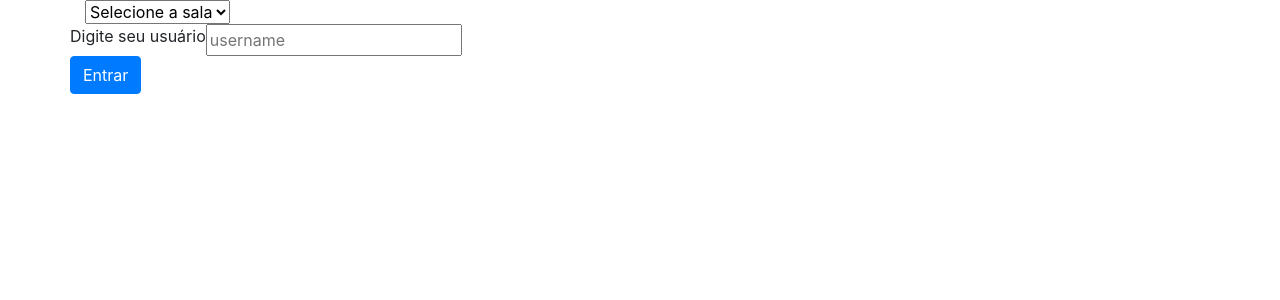
Repository: andre06x/chat-scoketio
Page: / (app in front/)
An editor plug-in stored every save of this project. The page is shown before and after the next save, followed by the edit.
The browser window is 1280 px wide. The pictures show the whole page.
The page's requests for data from a server got no answer. The project was rebuilt for these pictures with package versions that can differ from the ones it lists, and the page was loaded fresh each time. No one was signed in, and anything a server would have sent is missing. Also part of the build but not shown: front/vite.config.js, front/src/chat.js.

Above is the page before, as saved 2022-05-16 11:00:34.

After the next save:
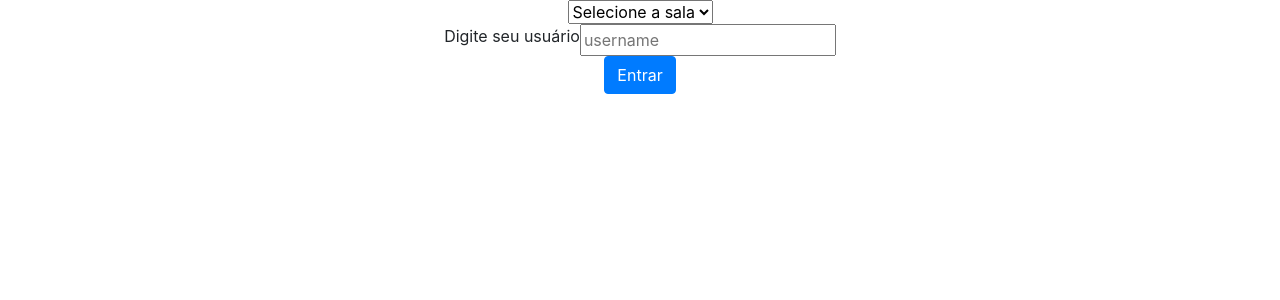
Saved 52 s later.
--- a/front/src/index.jsx
+++ b/front/src/index.jsx
@@ -19,7 +19,7 @@ const Home = () => {
   }, []);
 
   return (
-    <div class="container align-items-center">
+    <div class="container d-flex flex-column align-items-center">
       <div class="row  mx-auto">
         <select name="select_room" id="select_room">
           <option value="-1">Selecione a sala</option>
